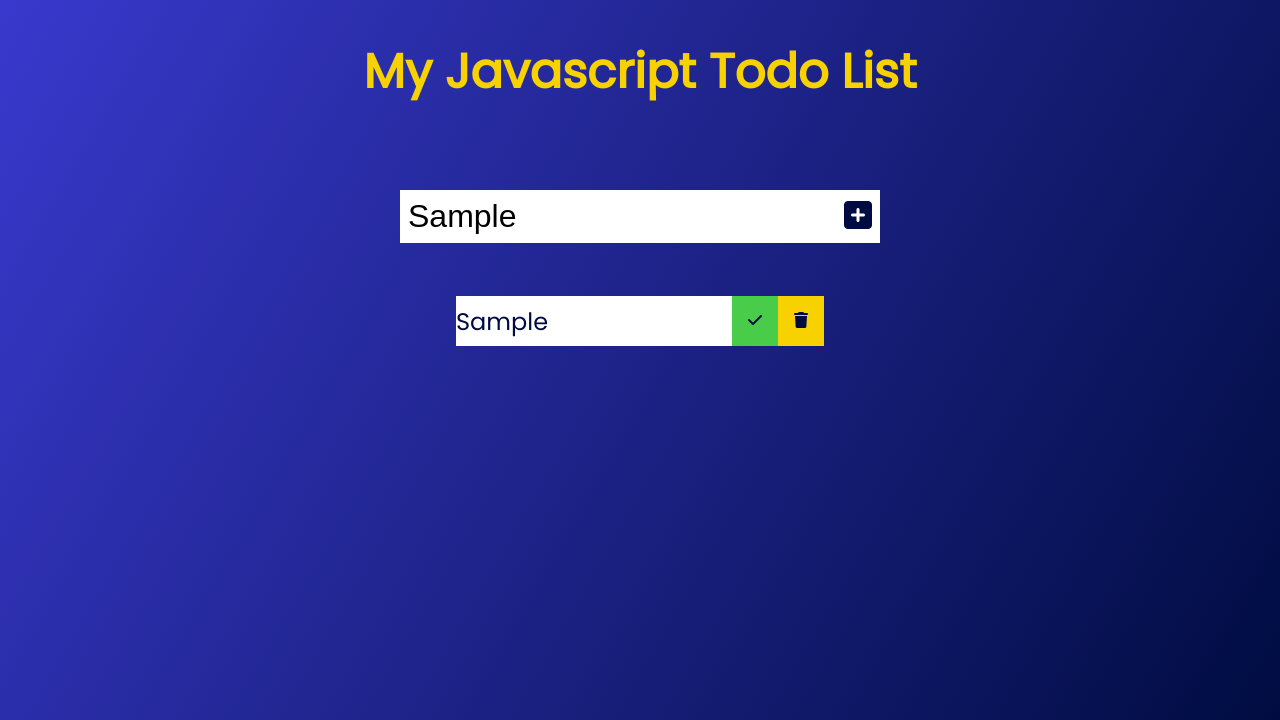
Repository: LuisMiLR/JavaScript-Todo-List
Page: index.html
An editor plug-in stored every save of this project. The page is shown before and after the next save, followed by the edit.
The browser window is 1280 px wide. The pictures show the whole page.
Empty fields were first filled with sample values (such as "Sample", 5 or name@example.com).
After loading, the first visible `button.todo-button` was clicked once.

Above is the page before, as saved 2023-05-01 15:00:21.
Console error: TypeError: Assignment to constant variable.

After the next save:
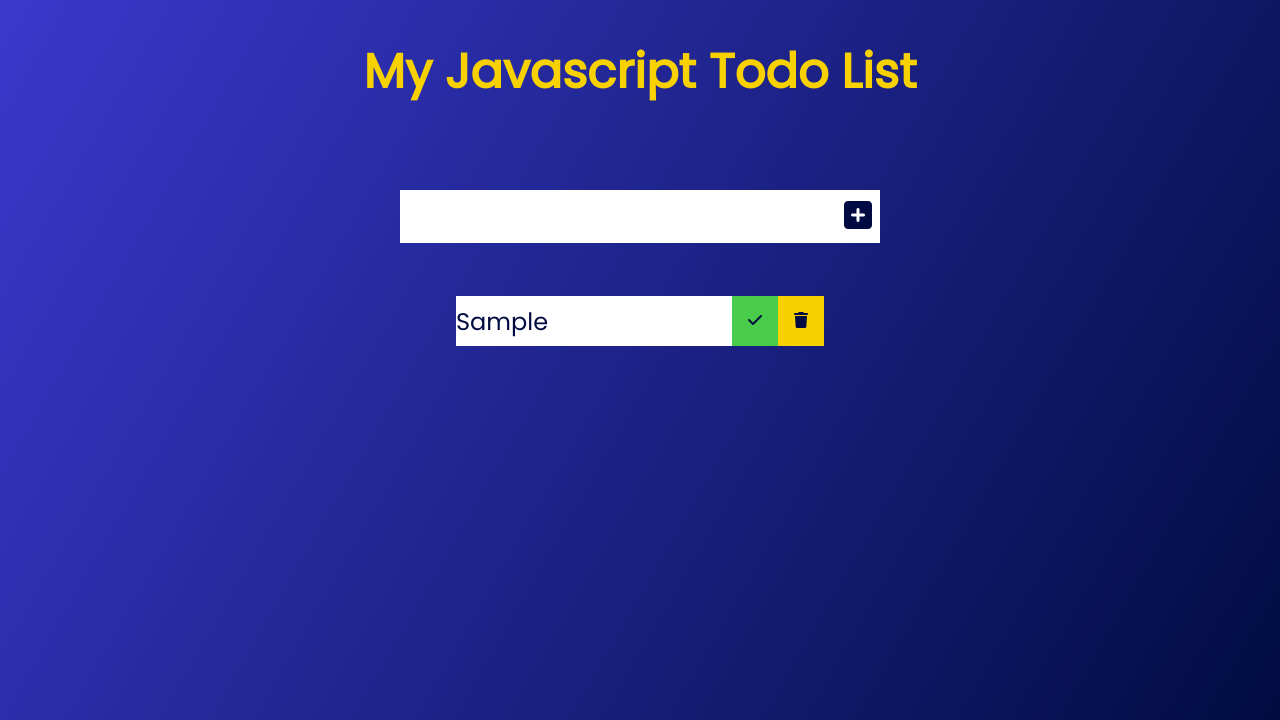
The error is gone.
Saved 34 s later.
--- a/app.js
+++ b/app.js
@@ -29,5 +29,5 @@ function addTodo(event) {
     todoDiv.appendChild(trashButton);
     //AJOUTER NOTRE TODO A TODO-LIST
     todoList.appendChild(todoDiv);
-    todoInput = "";
+    todoInput.value = "";
 }
